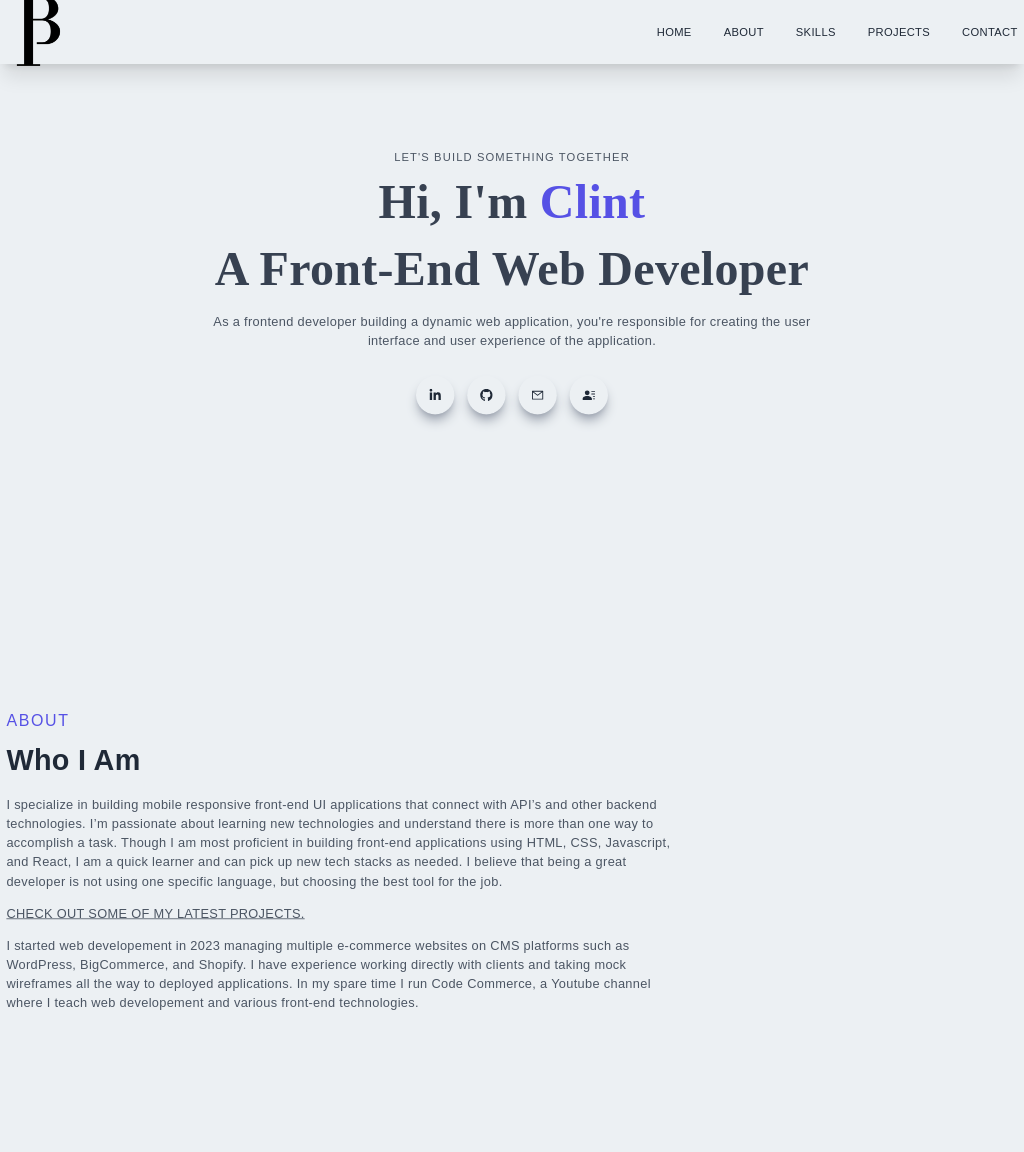
Repository: bittu-Patel/portfolio-resume-next-js
Page: /
These files come from the project's save history. The page is drawn as it stood at one moment and after a run of saves; the edit follows.
The browser window is 1280 px wide. The pictures show the whole page, at 80% of full size.
The project was rebuilt for these pictures with package versions that can differ from the ones it lists, and the page was loaded fresh each time. The framework's server and built-in components were replaced by stand-ins that run in the browser. Also part of the build but not shown: next.config.js.

Above is the page before, as saved 2023-09-25 10:46:37.

### pages/_app.js

import '../styles/globals.css'

 function App({ Component, pageProps }) {
  return <Component {...pageProps} />
}

export default App

### pages/index.js
import About from '../components/About.jsx'
import Main from '../components/Main.jsx'
import Navbar from '../components/Navbar.jsx'
import React from 'react'

const index = () => {
  return (
    <div>
      <Navbar />
     <Main />
     <About />
    </div>
  )
}

export default index

### components/About.jsx
import React from 'react'

const About = () => {
  return (
    <div className='w-full md:h-screen p-2  flex items-center py-16'>
        <div className='max-w-[1240] m-auto md:grid grid-cols-3 gap-8'>
            <div className='col-span-2'>
                <p className='uppercase text-xl tracking-widest text-[#5651e5]'>About</p>

                <h2 className='py-4'>Who I Am</h2>

                <p className='py-2 text-gray-600'>I specialize in building mobile responsive front-end UI applications
            that connect with API’s and other backend technologies. I’m
            passionate about learning new technologies and understand there is
            more than one way to accomplish a task. Though I am most proficient
            in building front-end applications using HTML, CSS, Javascript, and
            React, I am a quick learner and can pick up new tech stacks as
            needed. I believe that being a great developer is not using one
            specific language, but choosing the best tool for the job.</p>
            <p className='uppercase py-2 text-gray-600 underline cursor-pointer'>
              Check out some of my latest projects.
            </p>
            <p className='py-2 text-gray-600'>
            I started web developement in 2023 managing multiple e-commerce
            websites on CMS platforms such as WordPress, BigCommerce, and
            Shopify. I have experience working directly with clients and taking
            mock wireframes all the way to deployed applications. In my spare
            time I run Code Commerce, a Youtube channel where I teach web
            developement and various front-end technologies.
          </p>
    </div>
            <div></div>
        </div>
    </div>
  )
}

export default About

### components/Main.jsx
import { AiOutlineMail } from 'react-icons/ai'
import { BsFillPersonLinesFill } from 'react-icons/bs';
import { FaGithub, FaLinkedinIn } from 'react-icons/fa'

const Main = () => {
  return (
    <div className='w-full h-screen text-center'>
      <div className='max-w-[1240px] w-full h-full mx-auto p-2 flex justify-center items-center'>
        <div>
<p className='uppercase text-sm tracking-widest text-gray-600'>Let&apos;S build something together</p>
<h1 className='py-4 text-gray-700'>
            Hi, I&#39;m <span className='text-[#5651e5]'> Clint</span>
          </h1>
          <h1 className=' py-2 text-gray-700'>
          A Front-End Web Developer
          </h1>
          <p className='py-4 text-gray-600 max-w-[70%] m-auto'>As a frontend developer building a dynamic web application, you&apos;re responsible for creating the user interface and user experience of the application.</p>
        <div className=' gap-4 flex items-center justify-center max-w-[330px] m-auto py-4'>
<div className='rounded-full shadow-lg shadow-gray-400 p-4 cursor-pointer hover:scale-105 ease-in duration-300'>
  <FaLinkedinIn />
</div>
<div className='rounded-full shadow-lg shadow-gray-400 p-4 cursor-pointer hover:scale-105 ease-in duration-300'>
  <FaGithub />
</div>
<div className='rounded-full shadow-lg shadow-gray-400 p-4 cursor-pointer hover:scale-105 ease-in duration-300'>
  <AiOutlineMail />
</div>
<div className='rounded-full shadow-lg shadow-gray-400 p-4 cursor-pointer hover:scale-105 ease-in duration-300'>
  <BsFillPersonLinesFill />
</div>
        </div>
        </div>
      </div>
    </div>
  )
}

export default Main

### components/Navbar.jsx
import Image from 'next/image'
import React, { useState } from 'react'
import { FaGithub, FaLinkedinIn } from 'react-icons/fa';
import { BsFillPersonLinesFill } from 'react-icons/bs';
import Link from 'next/link'
import { AiOutlineClose, AiOutlineMenu ,AiOutlineMail } from 'react-icons/ai'

const Navbar = () => {
    const [nav, setNav] = useState(false)

    const handleNav = () => {
        setNav(!nav)
    }
  return (
    <div className='fixed w-full h-20 shadow-xl z-[100]'>
<div className='flex justify-between items-center w-full h-full px-2 2xl:px-16'>
    <Image src="/../assets/navLogo.png" alt="/" width='80' height='20' />
<div>
    <ul className='hidden md:flex'>
        <Link href='/'>
            <li className='ml-10 text-sm uppercase hover:border-b'>Home</li>
        </Link>
        <Link href='/'>
            <li className='ml-10 text-sm uppercase hover:border-b'>About</li>
        </Link>
        <Link href='/'>
            <li className='ml-10 text-sm uppercase hover:border-b'>Skills</li>
        </Link>
        <Link href='/'>
            <li className='ml-10 text-sm uppercase hover:border-b'>Projects</li>
        </Link>
        <Link href='/'>
            <li className='ml-10 text-sm uppercase hover:border-b'>Contact</li>
        </Link>
    </ul>
    <div onClick={handleNav} className='md:hidden'>
    <AiOutlineMenu />
    </div>
</div>
</div>
<div className={nav ? 'md:hidden fixed left-0 top-0 w-full h-screen bg-black/70' : ''}>
<div
          className={
            nav
              ? ' fixed left-0 top-0 w-[75%] sm:w-[60%] md:w-[45%] h-screen bg-[#ecf0f3] p-10 ease-in duration-500'
              : 'fixed left-[-100%] top-0 p-10 ease-in duration-500'
          }
        >
 <div >
    <div className='flex w-full items-center justify-between'>
<Image src="/../assets/navLogo.png" width='80' height='30' alt='/'/>
<div onClick={handleNav} className='rounded-full shadow-lg shadow-gray-400 p-3 cursor-pointer'>
<AiOutlineClose />
</div>
    </div>
    <div onClick={handleNav} className='border-b border-gray-300 my-4'>
        <p className='w-[85%] md:w-[90%] py-4'>Let&apos;S build something together </p>
    </div>
 </div>
 <div className='py-2 flex flex-col'>
    <ul className='uppercase'>
        <Link href='/'>
            <li className='py-4 text-sm'>Home</li>
        </Link>
        <Link href='/'>
            <li className='py-4 text-sm'>About</li>
        </Link>
        <Link href='/'>
            <li className='py-4 text-sm'>Skills</li>
        </Link>
        <Link href='/'>
            <li className='py-4 text-sm'>Projects</li>
        </Link>
        <Link href='/'>
            <li className='py-4 text-sm'>Contact</li>
        </Link>
    </ul>
    <div className='pt-40'>
 <p className='uppercase tracking-widest text-[#5651e5]'>
    Let&apos;S Connect
    </p>
    <div className='flex items-center justify-between my-4 w-full sm:w-[80%]'>
 <div className='rounded-full shadow-lg shadow-gray-400 p-3 cursor-pointer hover:scale-105 ease-in duration-300'>
 <FaLinkedinIn />
 </div>
 <div className='rounded-full shadow-lg shadow-gray-400 p-3 cursor-pointer hover:scale-105 ease-in duration-300'>
 <FaGithub />
 </div>
 <div className='rounded-full shadow-lg shadow-gray-400 p-3 cursor-pointer hover:scale-105 ease-in duration-300'>
 <AiOutlineMail />
 </div>
 <div className='rounded-full shadow-lg shadow-gray-400 p-3 cursor-pointer hover:scale-105 ease-in duration-300'>
 <BsFillPersonLinesFill />
 </div>
</div>
    </div>
 </div>
    </div>
</div>
    </div>
  )
}

export default Navbar

Loaded but not shown: pages/_document.tsx (common file); styles/globals.css (common file); tailwind.config.ts (common file)

After the next 2 saves:
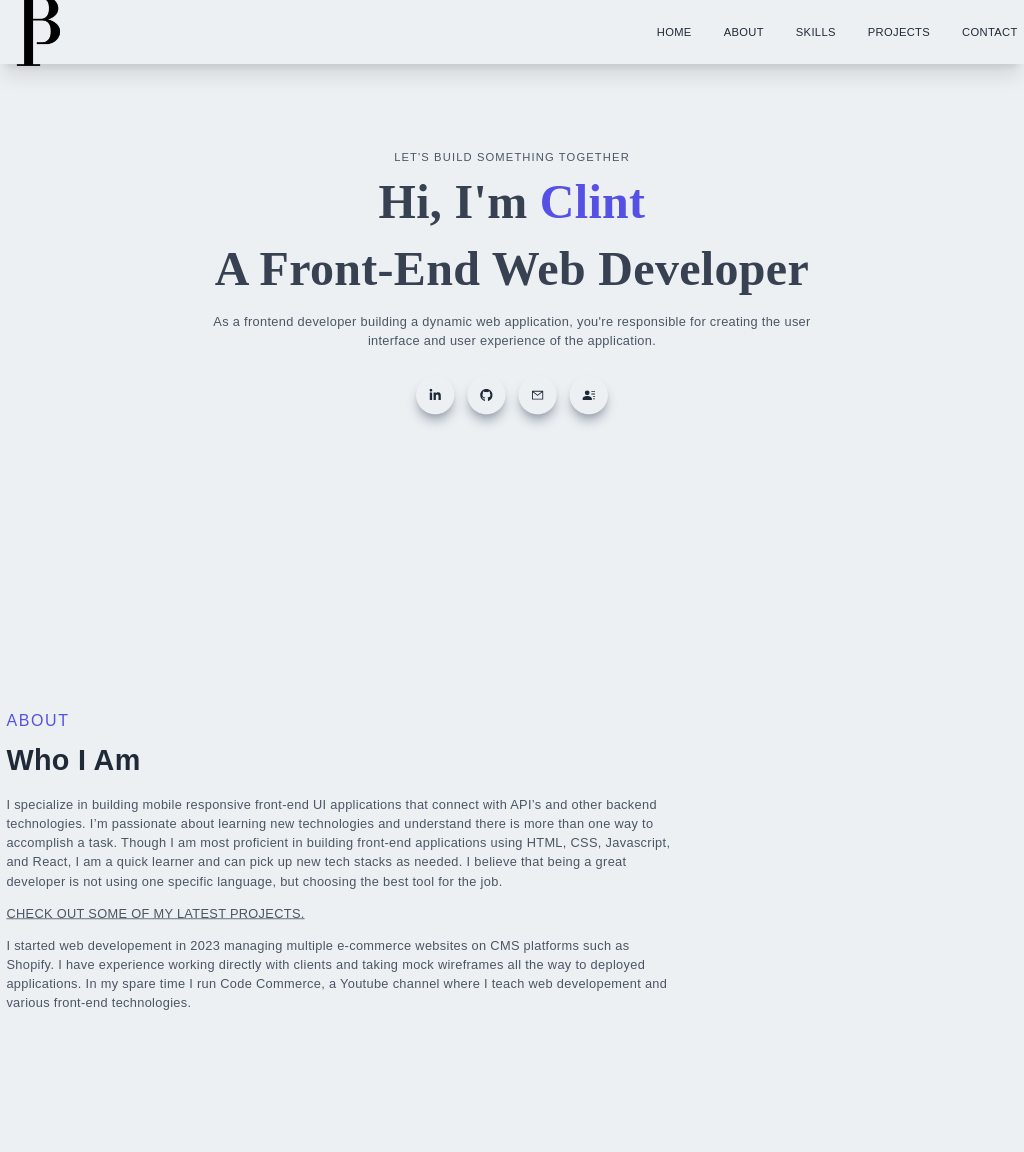
The 2 saves are shown as one change because they came seconds apart.
The last was saved 19 s later.
--- a/components/About.jsx
+++ b/components/About.jsx
@@ -22,7 +22,7 @@ const About = () => {
             </p>
             <p className='py-2 text-gray-600'>
             I started web developement in 2023 managing multiple e-commerce
-            websites on CMS platforms such as WordPress, BigCommerce, and
+            websites on CMS platforms such as
             Shopify. I have experience working directly with clients and taking
             mock wireframes all the way to deployed applications. In my spare
             time I run Code Commerce, a Youtube channel where I teach web
